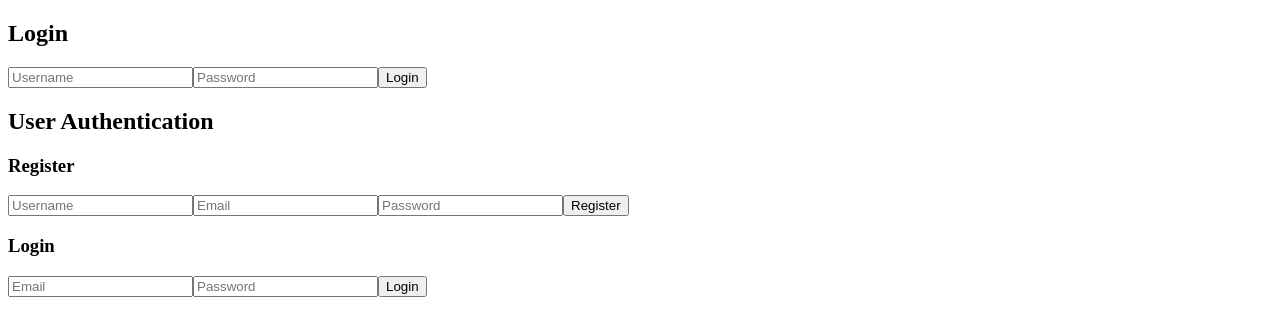
Repository: pripriya09/CSRF
Page: / (app in csrf-project/)
The author's editor kept a copy of each file at every save. The page is drawn from the files as they stood at one save, then again after the next save.
The browser window is 1280 px wide. The pictures show the whole page.
The page's requests for data from a server got no answer. The project was rebuilt for these pictures with package versions that can differ from the ones it lists, and the page was loaded fresh each time. No one was signed in, and anything a server would have sent is missing. Also part of the build but not shown: csrf-project/vite.config.js, csrf-project/src/heathplanCSRF/EAFTracker.jsx.

Above is the page before, as saved 2025-01-30 18:40:29.

### csrf-project/src/main.jsx
import React from "react";
import { createRoot } from "react-dom/client"; // Import createRoot
import { BrowserRouter } from "react-router-dom";

import AppRoutes from './heathplanCSRF/AppRoutes.jsx'; ///// backend - app.js(admincsrf folder)
import CsrfTutorials from "./CsrfTutorials.jsx"; ////   backend - index.js   (no other file include)

// Use createRoot to render your app
createRoot(document.getElementById('root')).render(
  <BrowserRouter>
    <AppRoutes />
    <CsrfTutorials/>
  </BrowserRouter>
);

### csrf-project/src/heathplanCSRF/AppRoutes.jsx
import React from 'react';
import { Routes, Route } from 'react-router-dom';
import Login from './Login';
import EAFTracker from './EAFTracker';

function AppRoutes() {
  return (
    <Routes>
      <Route path="/" element={<Login />} />
      <Route path="/eaf-tracker" element={<EAFTracker />} />
    </Routes>
  );
}

export default AppRoutes;

### csrf-project/src/CsrfTutorials.jsx
import React, { useState, useEffect } from 'react';
import axios from 'axios';

function CsrfTutorials() {
  const [csrfToken, setCsrfToken] = useState("");
  const [username, setUsername] = useState("");
  const [email, setEmail] = useState("");
  const [password, setPassword] = useState("");
  const [message, setMessage] = useState("");

  // Fetch CSRF token on component mount
  useEffect(() => {
    const getCsrfToken = async () => {
      try {
        const response = await axios.get("http://localhost:8800/csrf-token", {
          withCredentials: true, // Include cookies for CSRF protection
        });
        setCsrfToken(response.data.csrfToken);
      } catch (error) {
        console.error("Error fetching CSRF token", error);
      }
    };

    getCsrfToken();
  }, []);

  // Register user (No CSRF protection needed here)
  const handleRegister = async () => {
    try {
      const res = await axios.post(
        "http://localhost:8800/register",
        { username, email, password },
        {
          headers: {
            "Content-Type": "application/json",
          },
          withCredentials: true, // Include cookies for CSRF protection
        }
      );
      setMessage(res.data.message);
    } catch (error) {
      console.error("Error during registration", error);
      setMessage("Registration failed");
    }
  };

  // Login user (CSRF protection required)
  const handleLogin = async () => {
    try {
      const res = await axios.post(
        "http://localhost:8800/login",
        { email, password },
        {
          headers: {
            "Content-Type": "application/json",
            "xsrf-token": csrfToken, // CSRF token header
          },
          withCredentials: true, // Include cookies for CSRF protection
        }
      );
      setMessage(res.data.message);
    } catch (error) {
      console.error("Error during login", error);
      setMessage("Login failed");
    }
  };

  return (
    <div>
      <h2>User Authentication</h2>

      {/* Register Form (No CSRF token needed here) */}
      <div>
        <h3>Register</h3>
        <input
          type="text"
          placeholder="Username"
          value={username}
          onChange={(e) => setUsername(e.target.value)}
        />
        <input
          type="email"
          placeholder="Email"
          value={email}
          onChange={(e) => setEmail(e.target.value)}
        />
        <input
          type="password"
          placeholder="Password"
          value={password}
          onChange={(e) => setPassword(e.target.value)}
        />
        <button onClick={handleRegister}>Register</button>
      </div>

      {/* Login Form (CSRF token required here) */}
      <div>
        <h3>Login</h3>
        <input
          type="email"
          placeholder="Email"
          value={email}
          onChange={(e) => setEmail(e.target.value)}
        />
        <input
          type="password"
          placeholder="Password"
          value={password}
          onChange={(e) => setPassword(e.target.value)}
        />
        <button onClick={handleLogin}>Login</button>
      </div>

      <p>{message}</p>
    </div>
  );
}

export default CsrfTutorials;

### csrf-project/src/heathplanCSRF/Login.jsx
import React, { useState, useEffect } from 'react';
import { useNavigate } from 'react-router-dom'; // Import useNavigate hook

const Login = () => {
  const [username, setUsername] = useState('');
  const [password, setPassword] = useState('');
  const [otp, setOtp] = useState('');
  const [otpSent, setOtpSent] = useState(false);
  const [otpVerified, setOtpVerified] = useState(false);
  const [csrfToken, setCsrfToken] = useState("");

  const navigate = useNavigate(); // Initialize useNavigate
  const baseurl = 'http://localhost:8000'; // Your base URL

  useEffect(() => {
    const getCsrfToken = async () => {
      try {
        const response = await fetch(baseurl + '/admin/csrf-token', {
          method: 'GET',
          credentials: 'include', // Include cookies for CSRF protection
        });
        const data = await response.json();
        setCsrfToken(data.csrfToken); // Set CSRF token from the response
      } catch (error) {
        console.error("Error fetching CSRF token", error);
      }
    };

    getCsrfToken();
  }, []); // Only run once when the component is mounted

  const handleLogin = async () => {
    try {
      const response = await fetch(baseurl + '/admin/send-otp', {
        method: 'POST',
        headers: {
          'Content-Type': 'application/json',
          'xsrf-token': csrfToken, // CSRF token header
        },
        body: JSON.stringify({ username, password }),
        credentials: 'include', // Include cookies for CSRF protection
      });

      const data = await response.json();

      if (data.success) {
        setOtpSent(true);
        alert(data.otpmessage); // Notify user OTP sent
      } else {
        alert(data.message); // Display error if login failed
      }
    } catch (error) {
      alert('An error occurred');
    }
  };

  // Handle OTP verification
  const verifyOtp = async () => {
    try {
      const response = await fetch(baseurl + '/admin/verify-otp', {
        method: 'POST',
        headers: {
          'Content-Type': 'application/json',
          'xsrf-token': csrfToken, // CSRF token header
        },
        body: JSON.stringify({ username, otp }),
        credentials: 'include', // Include cookies for CSRF protection
      });

      const data = await response.json();

      if (data.success) {
        setOtpVerified(true);
        loginWithPermission(); // Proceed to login with permission if OTP is verified
      } else {
        alert(data.message); // Notify if OTP verification failed
      }
    } catch (error) {
      alert('An error occurred');
    }
  };

  // Handle admin login after OTP verification
  const loginWithPermission = async () => {
    try {
      const response = await fetch(baseurl + '/admin/adminlogin', {
        method: 'POST',
        headers: {
          'Content-Type': 'application/json',
          'xsrf-token': csrfToken, // CSRF token header
        },
        body: JSON.stringify({ username, password, otp }),
        credentials: 'include', // Include cookies for CSRF protection
      });

      const data = await response.json();

      if (data.success) {
        // Store the token in local storage
        localStorage.setItem('token', data.data.token);
        navigate('/eaf-tracker'); // Navigate to EAF Tracker page after successful login
      } else {
        alert(data.message); // Notify if admin login failed
      }
    } catch (error) {
      alert('An error occurred');
    }
  };

  return (
    <div>
      <h2>Login</h2>
      <input
        type="text"
        placeholder="Username"
        value={username}
        onChange={(e) => setUsername(e.target.value)}
      />
      <input
        type="password"
        placeholder="Password"
        value={password}
        onChange={(e) => setPassword(e.target.value)}
      />
      <button onClick={handleLogin}>Login</button>

      {otpSent && (
        <div>
          <input
            type="text"
            placeholder="Enter OTP"
            value={otp}
            onChange={(e) => setOtp(e.target.value)}
          />
          <button onClick={verifyOtp}>Verify OTP</button>
        </div>
      )}
    </div>
  );
};

export default Login;

Loaded but not shown: csrf-project/index.html (common file)

After the next save:
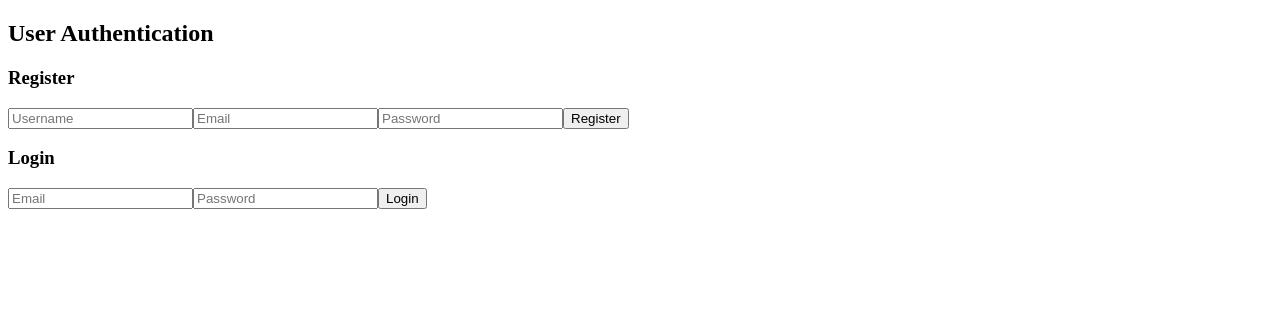
Saved 8 s later.
--- a/csrf-project/src/main.jsx
+++ b/csrf-project/src/main.jsx
@@ -8,7 +8,7 @@
 // Use createRoot to render your app
 createRoot(document.getElementById('root')).render(
   <BrowserRouter>
-    <AppRoutes />
+    {/* <AppRoutes /> */}
     <CsrfTutorials/>
   </BrowserRouter>
 );
